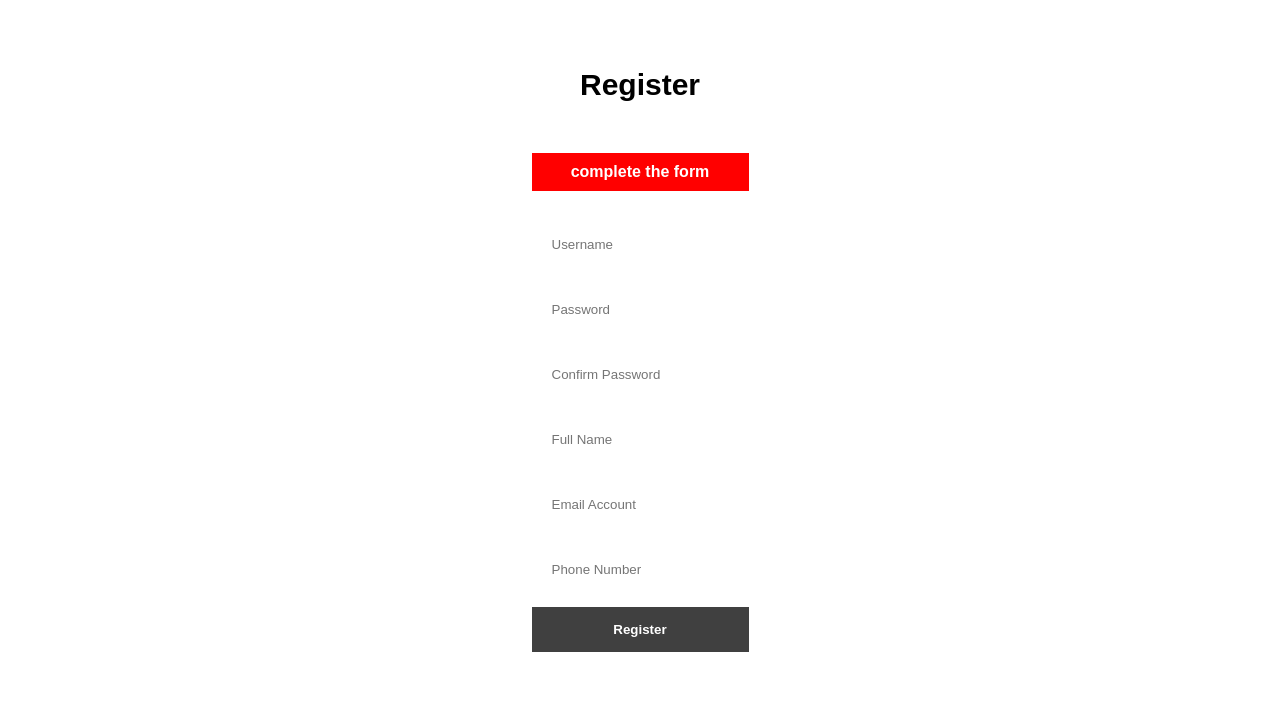
Repository: kritikakittu06/Ecommerce
Page: http://localhost/PixlePrinter/pages/AddAdmin.jsp
The author's editor kept a copy of each file at every save. The page is drawn from the files as they stood at one save, then again after the next save.
The browser window is 1280 px wide. The pictures show the whole page.
Some web fonts or font styles are not loaded; a fallback is used. The page is served by Tomcat 9. Nobody is signed in. The application's start-up code is not run. Other server files are loaded and not shown.

Above is the page before, as saved 2024-04-20 02:37:43.

### PixlePrinter/src/main/webapp/pages/AddAdmin.jsp
<%@ page language="java" contentType="text/html; charset=UTF-8"
	pageEncoding="UTF-8"%>
<%@ page import="utilities.Utilities"%>
<!DOCTYPE html>
<html>
<head>
<meta charset="UTF-8">
<meta http-equiv="X-UA-Compatible" content="IE=edge" />
<meta name="viewport" content="width=device-width, initial-scale=1.0" />
<link rel="stylesheet"
	href="${pageContext.request.contextPath}/css/Register.css">
<title>Add Admin</title>
</head>
<body>
	<form method="post"
		action="${pageContext.request.contextPath}/AdminRegister">
		<h2 class="register">Register</h2>
		<p id="passwordError"></p>
		<input type="text" placeholder="Username" autocomplete="username"
			name="user_name"> <input type="password" minlength="8"
			id="password" placeholder="Password" autocomplete="new-password"
			oninput="checkPasswords()" name="password"> <input
			type="password" minlength="8" id="confirmPassword"
			placeholder="Confirm Password" oninput="checkPasswords()"> <input
			type="text" id="fullName" placeholder="Full Name" name="full_name">
		<input type="email" id="email" placeholder="Email Account"
			name="email"> <input type="text" id="account_type"
			value="Admin" name="account_type" hidden> <input type="tel"
			id="phoneNumber" placeholder="Phone Number" name="phone_Num">
		<button class="tombol-register" type="submit" id="registerButton"
			disabled>Register</button>
	</form>
</body>
<script src="${pageContext.request.contextPath}/js/Register.js"></script>
</html>

### PixlePrinter/src/main/webapp/css/Register.css
@charset "UTF-8";
@import url('https://fonts.googleapis.com/css2?family=Plus+Jakarta+Sans:ital,wght@0,200;0,700;1,200&display=swap');

body {
    margin: 0;
    padding: 0;
    display: flex;
    justify-content: center;
    align-items: center;
    min-height: 100vh;
    font-family: 'Plus Jakarta Sans', sans-serif;
    background-size: cover;
    background-position: center;
}

.container {
    display: flex;
    justify-content: center;
    align-items: center;
    height: 100%;
}

.card {
    width: 450px;
    background-color: rgba(255, 255, 255, 0.8);
    backdrop-filter: blur(10px);
    padding: 20px;
    border-radius: 8px;
    border: 2px solid;
    overflow: hidden;
    align-items: center;
    justify-content: center;
}

h2 {
    text-align: center;
    font-weight: 600;
    font-size: 30px;
    margin-top: 0;
}

form {
    display: flex;
    flex-direction: column;
    gap: 10px;
}

input {
    padding: 20px;
    border: none;
    border-radius: 5px;
    background-color: rgba(255, 255, 255, 0.5);
    color: #000000;
    transition: all 250ms;
}

input:focus {
    outline: none;
    background-color: rgba(238, 238, 238, 0.8);
}

.card form a, .tombol-register {
    padding: 15px 20px;
    background-color: rgba(17, 17, 17, 0.8);
    cursor: pointer;
    color: #ffffff;
    text-align: center;
    text-decoration: none;
    font-weight: 600;
    border: none;
    outline: none;
}

.tombol-register:hover,
a:hover {
    background-color: rgba(54, 54, 54, 0.8);
}

.switch a {
    cursor: pointer;
    color: rgb(0, 47, 255);
    text-align: center;
    text-decoration: none;
    font-weight: 600;
}

.switch {
    display: flex;
    justify-content: center;
    align-items: center;
    gap: 10px;
    margin-top: 10px;
}

@media (max-width: 575px) {
    .card {
        width: 100%;
        max-width: 300px;
    }
}

### PixlePrinter/src/main/webapp/js/Register.js
function checkForm() {
    var password = document.getElementById('password').value;
    var confirmPassword = document.getElementById('confirmPassword').value;
    var fullName = document.getElementById('fullName').value;
    var phoneNumber = document.getElementById('phoneNumber').value;
    var errorElement = document.getElementById('passwordError');
    var registerButton = document.getElementById('registerButton');

    if (password !== confirmPassword) {
        errorElement.textContent = 'Password dont match';
        errorElement.style.textAlign= 'center';
        errorElement.style.backgroundColor= 'red';
        errorElement.style.padding= '10px';
        errorElement.style.color= '#fff';
        disableButton();
        return;
    } else if(password.length && confirmPassword.length) {
        errorElement.textContent = 'Form is ready!';
        errorElement.style.textAlign= 'center';
        errorElement.style.backgroundColor= 'green';
        errorElement.style.padding= '10px';
        errorElement.style.color= '#fff';
    }

    if (fullName.trim() === '' || phoneNumber.trim() === '') {
        errorElement.textContent = 'complete the form';
        errorElement.style.textAlign= 'center';
        errorElement.style.fontWeight= '600';
        errorElement.style.backgroundColor= 'red';
        errorElement.style.padding= '10px';
        errorElement.style.color= '#fff';
        disableButton();
        return;
    }

    enableButton();
}

function disableButton() {
    var registerButton = document.getElementById('registerButton');
    registerButton.disabled = true;
}

function enableButton() {
    var registerButton = document.getElementById('registerButton');
    registerButton.disabled = false;
}

function redirectToLogin() {
    window.location.href = '#';
}

// Call checkForm on input events
document.getElementById('password').addEventListener('input', checkForm);
document.getElementById('confirmPassword').addEventListener('input', checkForm);
document.getElementById('fullName').addEventListener('input', checkForm);
document.getElementById('phoneNumber').addEventListener('input', checkForm);

// Call checkForm on page load to handle initial state
document.addEventListener('DOMContentLoaded', checkForm);

After the next save:
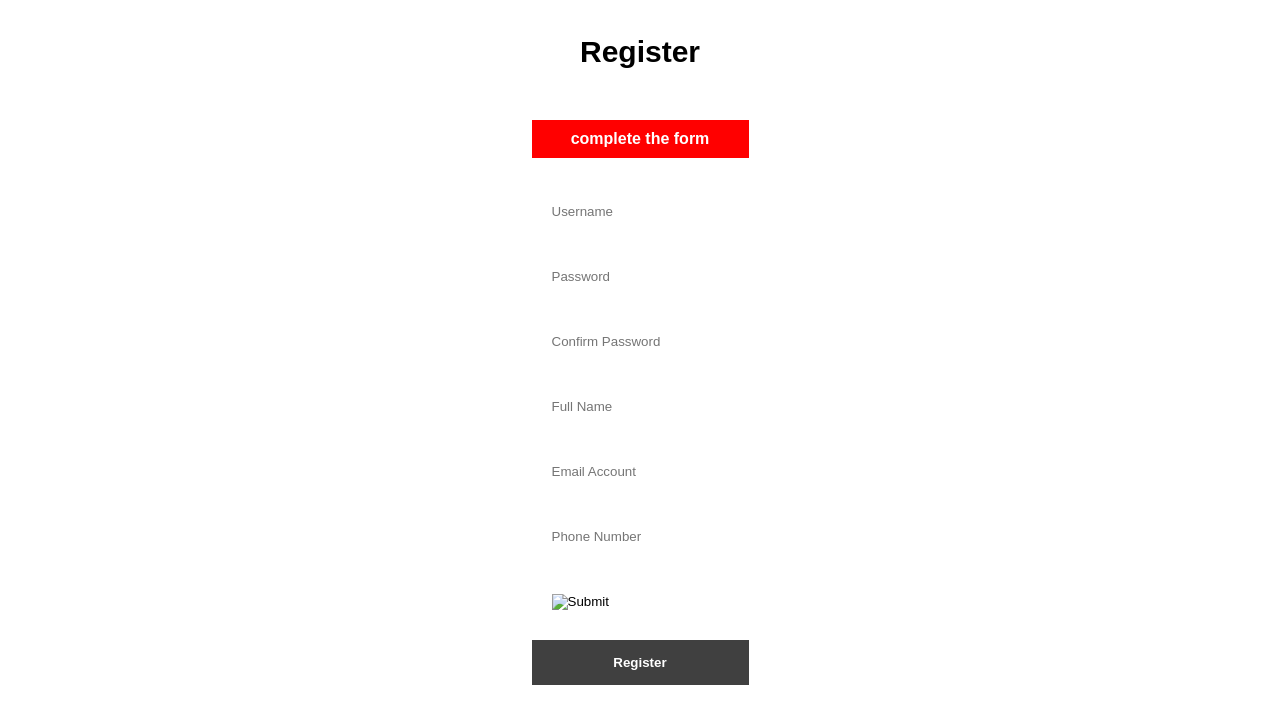
Saved 12 min 49 s later.
--- a/PixlePrinter/src/main/webapp/pages/AddAdmin.jsp
+++ b/PixlePrinter/src/main/webapp/pages/AddAdmin.jsp
@@ -1,35 +1,31 @@
-<%@ page language="java" contentType="text/html; charset=UTF-8"
-	pageEncoding="UTF-8"%>
-<%@ page import="utilities.Utilities"%>
-<!DOCTYPE html>
-<html>
-<head>
-<meta charset="UTF-8">
-<meta http-equiv="X-UA-Compatible" content="IE=edge" />
-<meta name="viewport" content="width=device-width, initial-scale=1.0" />
-<link rel="stylesheet"
-	href="${pageContext.request.contextPath}/css/Register.css">
-<title>Add Admin</title>
-</head>
-<body>
-	<form method="post"
-		action="${pageContext.request.contextPath}/AdminRegister">
-		<h2 class="register">Register</h2>
-		<p id="passwordError"></p>
-		<input type="text" placeholder="Username" autocomplete="username"
-			name="user_name"> <input type="password" minlength="8"
-			id="password" placeholder="Password" autocomplete="new-password"
-			oninput="checkPasswords()" name="password"> <input
-			type="password" minlength="8" id="confirmPassword"
-			placeholder="Confirm Password" oninput="checkPasswords()"> <input
-			type="text" id="fullName" placeholder="Full Name" name="full_name">
-		<input type="email" id="email" placeholder="Email Account"
-			name="email"> <input type="text" id="account_type"
-			value="Admin" name="account_type" hidden> <input type="tel"
-			id="phoneNumber" placeholder="Phone Number" name="phone_Num">
-		<button class="tombol-register" type="submit" id="registerButton"
-			disabled>Register</button>
-	</form>
-</body>
-<script src="${pageContext.request.contextPath}/js/Register.js"></script>
-</html>
+<%@ page language="java" contentType="text/html; charset=UTF-8" pageEncoding="UTF-8" %>
+    <%@ page import="utilities.Utilities" %>
+        <!DOCTYPE html>
+        <html>
+
+        <head>
+            <meta charset="UTF-8">
+            <meta http-equiv="X-UA-Compatible" content="IE=edge" />
+            <meta name="viewport" content="width=device-width, initial-scale=1.0" />
+            <link rel="stylesheet" href="${pageContext.request.contextPath}/css/Register.css">
+            <title>Add Admin</title>
+        </head>
+
+        <body>
+            <form method="post" action="${pageContext.request.contextPath}/AdminRegister" enctype="multipart/form-data">
+                <h2 class="register">Register</h2>
+                <p id="passwordError"></p>
+                <input type="text" placeholder="Username" autocomplete="username" name="user_name">
+                 <input type="password" minlength="8" id="password" placeholder="Password" autocomplete="new-password" oninput="checkPasswords()" name="password">
+                <input type="password" minlength="8" id="confirmPassword" placeholder="Confirm Password" oninput="checkPasswords()">
+                <input type="text" id="fullName" placeholder="Full Name" name="full_name">
+                <input type="email" id="email" placeholder="Email Account" name="email">
+                <input type="text" id="account_type" value="Admin" name="account_type" hidden>
+                <input type="tel" id="phoneNumber" placeholder="Phone Number" name="phone_Num">
+                <input type="image" name="image" placeholder="Profile Picture">
+                <button class="tombol-register" type="submit" id="registerButton" disabled>Register</button>
+            </form>
+        </body>
+        <script src="${pageContext.request.contextPath}/js/Register.js"></script>
+
+        </html>
